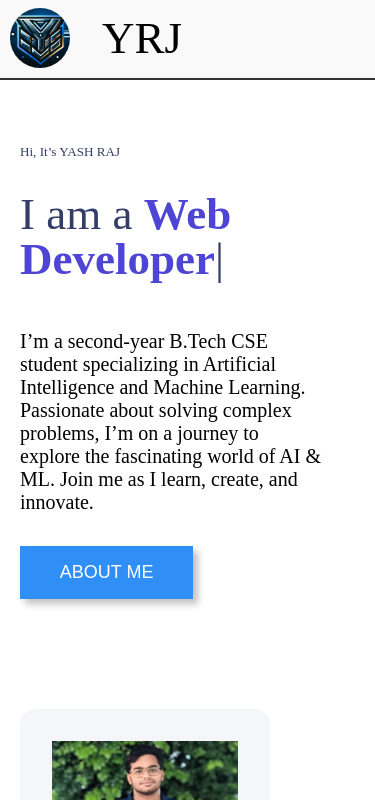
Repository: yrajha18/PeerShelf
Page: Desktop/WEB DEV/Portfolio/index.html
The author's editor kept a copy of each file at every save. The page is drawn from the files as they stood at one save, then again after the next save.
The browser window is 375 px wide. The pictures show the whole page.
An inner scrolling area shows only its first screen. Some web libraries are served in a nearby version.

Above is the page before, as saved 2024-09-18 18:04:28.

After the next save:
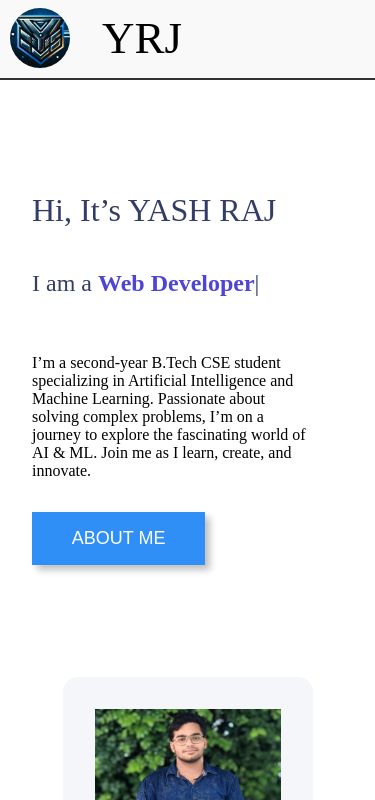
Saved 2 min 3 s later.
--- a/Desktop/WEB DEV/Portfolio/styles.css
+++ b/Desktop/WEB DEV/Portfolio/styles.css
@@ -550,3 +550,90 @@ a {
     max-height: 250px;
   }
 }
+
+/* Responsive styles for hero section and skills section */
+
+@media screen and (max-width: 1024px) {
+  .hero-section {
+    flex-direction: column;
+    align-items: center;
+    padding: 2rem;
+  }
+
+  .hero-section-left, .hero-section-right {
+    width: 100%;
+    max-width: 600px;
+    margin: 1rem 0;
+  }
+
+  .faded-text {
+    font-size: 5rem;
+    bottom: -5%;
+    left: 0;
+  }
+
+  .user-image-container {
+    max-width: 300px;
+    margin: 0 auto;
+  }
+
+  .skills-container {
+    flex-direction: column;
+    padding: 2rem;
+  }
+
+  .skills-left, .skills-right {
+    width: 100%;
+    margin-bottom: 2rem;
+  }
+}
+
+@media screen and (max-width: 768px) {
+  .hero-section-heading {
+    font-size: 2.5rem;
+  }
+
+  .hero-section-subheading {
+    font-size: 1.8rem;
+  }
+
+  .hero-section-description {
+    font-size: 1rem;
+  }
+
+  .faded-text {
+    font-size: 4rem;
+  }
+
+  .skills-content {
+    display: flex;
+    flex-wrap: wrap;
+  }
+
+  .skill-category {
+    width: 48%;
+    margin-bottom: 1rem;
+  }
+}
+
+@media screen and (max-width: 480px) {
+  .hero-section-heading {
+    font-size: 2rem;
+  }
+
+  .hero-section-subheading {
+    font-size: 1.5rem;
+  }
+
+  .faded-text {
+    font-size: 3rem;
+  }
+
+  .user-image-container {
+    max-width: 250px;
+  }
+
+  .skill-category {
+    width: 100%;
+  }
+}
